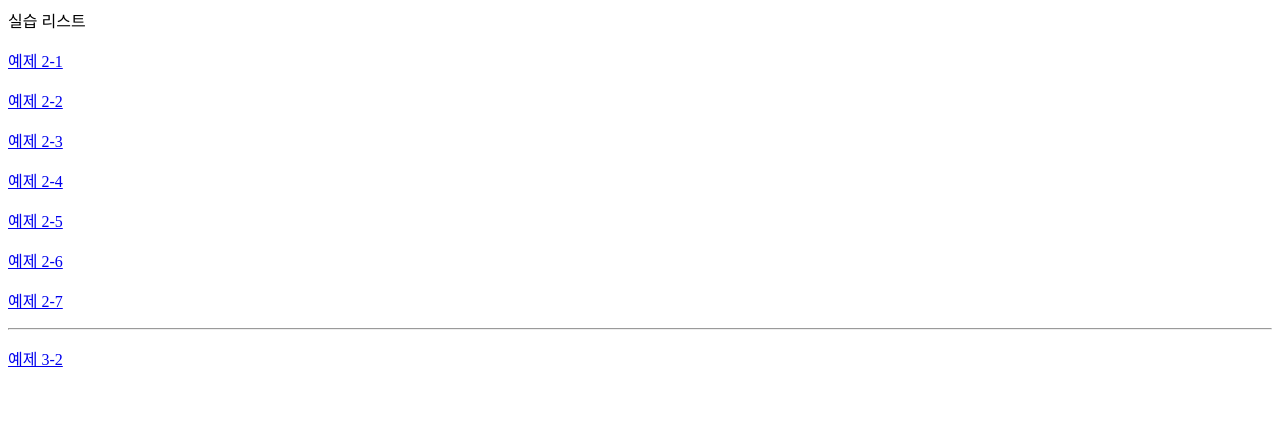
Repository: ezooo/JSP-test
Page: http://localhost/jspbook/
The author's editor kept a copy of each file at every save. The page is drawn from the files as they stood at one save, then again after the next save.
The browser window is 1280 px wide. The pictures show the whole page.
The page is served by Tomcat 10. Other server files are loaded and not shown.

Above is the page before, as saved 2024-10-08 03:57:35.

### jspbook/src/main/webapp/index.jsp
<%@ page language="java" contentType="text/html; charset=UTF-8"
    pageEncoding="UTF-8"%>
<!DOCTYPE html>
<html>
<head>
<meta charset="UTF-8">
<title>Insert title here</title>
</head>
<body>
	실습 리스트
	<p><a href="2_1">예제 2-1</a></p>
	<p><a href="2_2">예제 2-2</a></p>
	<p><a href="2_3">예제 2-3</a></p>
	<p><a href="2_4">예제 2-4</a></p>
	<p><a href="2_5">예제 2-5</a></p>
	<p><a href="2_6">예제 2-6</a></p>
	<p><a href="2_7">예제 2-7</a></p>
	<hr>
	<p><a href="3_2">예제 3-2</a></p>

</body>
</html>

After the next save:
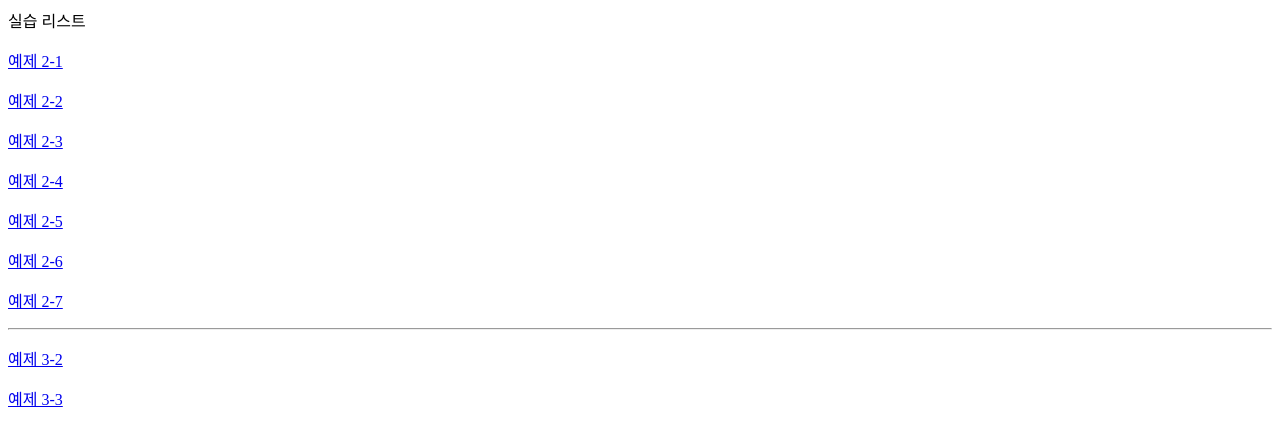
Saved 33 s later.
--- a/jspbook/src/main/webapp/index.jsp
+++ b/jspbook/src/main/webapp/index.jsp
@@ -17,6 +17,7 @@
 	<p><a href="2_7">예제 2-7</a></p>
 	<hr>
 	<p><a href="3_2">예제 3-2</a></p>
+	<p><a href="3_3">예제 3-3</a></p>
 
 </body>
 </html>
